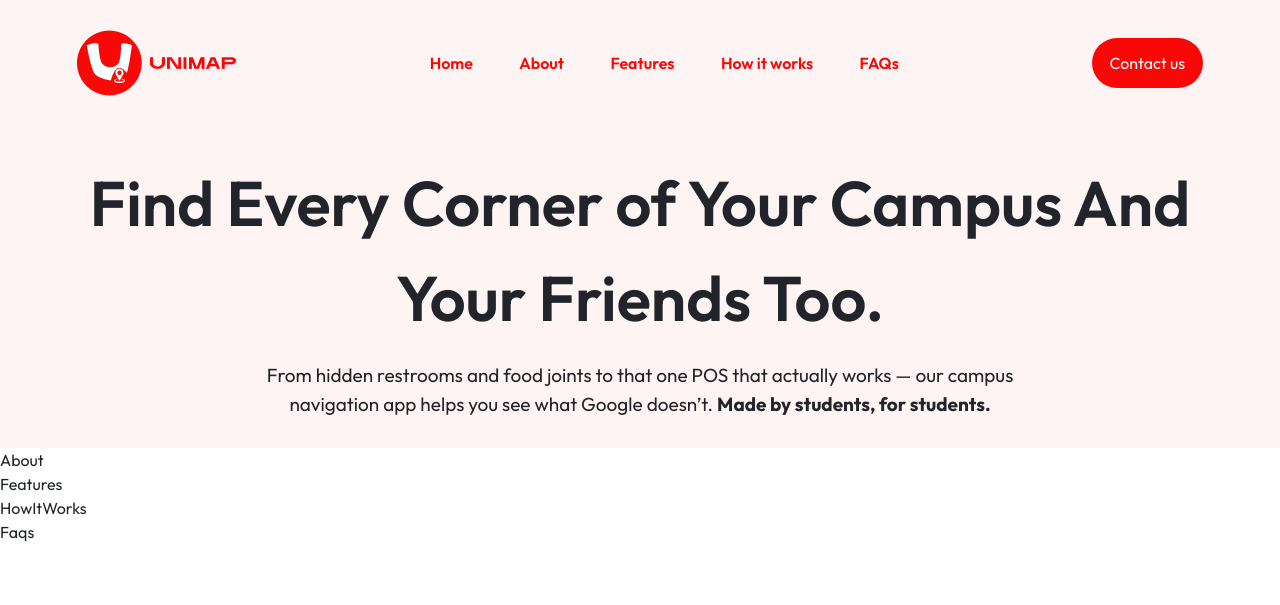
Repository: SahMenz/MUM-website
Page: /
An editor plug-in stored every save of this project. The page is shown before and after the next save, followed by the edit.
The browser window is 1280 px wide. The pictures show the whole page.
The project was rebuilt for these pictures with package versions that can differ from the ones it lists, and the page was loaded fresh each time. Also part of the build but not shown: vite.config.js.

Above is the page before, as saved 2025-08-28 01:39:14.

### index.html
<!DOCTYPE html>
<html lang="en">
  <head>
    <meta charset="UTF-8" />
    <link rel="icon" type="image/svg+xml" href="/vite.svg" />
    <link rel="preconnect" href="https://fonts.googleapis.com" />
    <link rel="preconnect" href="https://fonts.gstatic.com" crossorigin />
    <link
      href="https://fonts.googleapis.com/css2?family=Outfit:wght@100..900&display=swap"
      rel="stylesheet"
    />
    <link
      rel="stylesheet"
      href="https://cdn.jsdelivr.net/npm/bootstrap@5.3.5/dist/css/bootstrap.min.css"
      integrity="sha384-SgOJa3DmI69IUzQ2PVdRZhwQ+dy64/BUtbMJw1MZ8t5HZApcHrRKUc4W0kG879m7"
      crossorigin="anonymous"
    />
    <meta name="viewport" content="width=device-width, initial-scale=1.0" />
    <title>MUM</title>
  </head>
  <body>
    <div id="root"></div>
    <script type="module" src="/src/main.jsx"></script>
  </body>
</html>

### src/index.css
*,
*::after,
*::before {
  box-sizing: border-box;
  margin: 0px;
  padding: 0px;
  font-family: "Outfit", sans-serif;
}
button {
  border: none;
}

### src/App.jsx
import { HashRouter, Route, Routes } from "react-router-dom";
import "./App.css";
import ScrollToTop from "./components/scroll/ScrollToTop";
import Home from "./components/home/home";

function App() {
  return (
    <div>
      <HashRouter>
        <ScrollToTop />
        <Routes>
          <Route path="/" element={<Home />} />
        </Routes>
      </HashRouter>
    </div>
  );
}

export default App;

### src/App.css
/* BACKGROUND */
.bg-ff4 {
  background-color: #fff4f4;
}
.bg-ff {
  background-color: #ffffff;
}
.bg-00 {
  background-color: #000000;
}
.bg-fa {
  background-color: #fa0808;
}
.bg-e4 {
  background-color: #e4e4e4;
}
.bg-d3 {
  background-color: #d3d3d3;
}
.bg-ffd {
  background-color: #ffdede;
}
.bg-trans {
  background-color: transparent;
}

/* TEXT COLOR */
.txt-00 {
  color: #000000;
}
.txt-ff {
  color: #ffffff;
}
.txt-f8 {
  color: #f8edd9;
}
.txt-f5 {
  color: #f5ffff;
}
.txt-14 {
  color: #141416;
}
.txt-73 {
  color: #737373;
}

/* FONT WEIGHT */
.fw-100{
  font-weight:100;
}
.fw-200{
  font-weight:200;
}
.fw-300{
  font-weight:300 ;
}
.fw-400{
  font-weight: 400;
}
.fw-500{
  font: weight 500;
}
.fw-600{
  font-weight:600;
}
.fw-700{
  font-weight: 700;
}
.fw-800{
  font-weight: 800;
}
.fw-900{
  font-weight: 900;
}


/* FONT SIZE */
.fs-48 {
  font-size: 26px;
}
.fs-19 {
  font-size: 11px;
}
.fs-13 {
  font-size: 8px;
}
.fs-16 {
  font-size: 9px;
}
.fs-23 {
  font-size: 12px;
}
.fs-25 {
  font-size: 17px;
}
.fs-45 {
  font-size: 22px;
}
.fs-32 {
  font-size: 10px;
}
.fs-11 {
  font-size: 8px;
}
.fs-72 {
  font-size: 26px;
}
.fs-83{
  font-size: 28px;
}
.fs-56{
  font-size: 18px;
}
.fs-63{
  font-size: 22px;
}
@media (min-width: 768px) {
  .fs-48 {
    font-size: 48px;
  }
  .fs-19 {
    font-size: 19px;
  }
  .fs-13 {
    font-size: 13px;
  }
  .fs-16 {
    font-size: 16px;
  }
  .fs-23 {
    font-size: 23px;
  }
  .fs-25 {
    font-size: 25px;
  }
  .fs-43 {
    font-size: 43px;
  }
  .fs-32 {
    font-size: 32px;
  }
  .fs-11 {
    font-size: 11px;
  }
  .fs-72 {
    font-size: 72px;
  }
  .fs-63 {
    font-size: 63px;
  }
  .fs-83{
    font-size: 83px;
  }
  .fs-56{
    font-size: 56px;
  }
}



/* EXTRA */

.alignSelfCenter{
  align-self: center;
}
.alignSelfStart{
  align-self: start;
}
.alignSelfEnd{
  align-self: end;
}
.spacing-50 {
  padding: 30px 77px;
}
@media (max-width: 768px) {
  .spacing-50 {
    padding: 25px 20px;
  }
}

### src/components/scroll/ScrollToTop.jsx
import { useEffect } from "react";
import { useLocation } from "react-router-dom";


export default function ScrollToTop({ evtToChange }){

    const pathname = useLocation().pathname

    useEffect(() => {
        window.scrollTo(0, 0)
    }, [pathname, evtToChange])

    return <div />
}

### src/components/home/home.jsx
import { useRef } from "react";
import About from "../about/about";
import Hero from "../hero/hero";
import Features from "../features/features";
import HowItWorks from "../howItWorks/howItWorks";
import Faqs from "../faqs/faqs";
import Navigation from "../navigation/navigation";

function Home() {
  const refHome = useRef(null);
  const refAbout = useRef(null);
  const refFeatures = useRef(null);
  const refHowItWork = useRef(null);
  const refFaqs = useRef(null);

  const handleHomeClick = () => {
    if (refHome.current) {
      refHome.current.scrollIntoView();
    }
  };
  const handleAboutClick = () => {
    if (refAbout.current) {
      refAbout.current.scrollIntoView();
    }
  };
  const handleFeaturesClick = () => {
    if (refFeatures.current) {
      refFeatures.current.scrollIntoView();
    }
  };
  const handleHowItWorkClick = () => {
    if (refHowItWork.current) {
      refHowItWork.current.scrollIntoView();
    }
  };
  const handleFaqsClick = () => {
    if (refFaqs.current) {
      refFaqs.current.scrollIntoView();
    }
  };

  return (
    <div className="">
      <Navigation
        onHomeClick={handleHomeClick}
        onAboutClick={handleAboutClick}
        onFeaturesClick={handleFeaturesClick}
        onHowItWorkClick={handleHowItWorkClick}
        onFaqsClick={handleFaqsClick}
      />
      <div ref={refHome}>
        <Hero />
      </div>
      <div ref={refAbout}>
        <About />
      </div>
      <div ref={refFeatures}>
        <Features />
      </div>
      <div ref={refHowItWork}>
        <HowItWorks />
      </div>
      <div ref={refFaqs}>
        <Faqs />
      </div>
    </div>
  );
}

export default Home;

### src/components/hero/hero.jsx
import React from 'react'

function Hero() {
  return (
    <div className='bg-ff4 spacing-50 d-flex align-items-center flex-column justify-content-center text-center'>
      <div className='fs-63 fw-600'>Find Every Corner of Your Campus And Your Friends Too.</div>
      <div className='fw-400 fs-19 col-10 col-md-8 mt-3'>From hidden restrooms and food joints to that one POS that actually works — our campus navigation app helps you see what Google doesn’t. <b>Made by students, for students.</b></div>
      <div></div>
      <div></div>
    </div>
  )
}

export default Hero

### src/components/howItWorks/howItWorks.jsx
import React from 'react'

function HowItWorks() {
  return (
    <div>HowItWorks</div>
  )
}

export default HowItWorks

### src/components/faqs/faqs.jsx
import React from 'react'

function Faqs() {
  return (
    <div>Faqs</div>
  )
}

export default Faqs

### src/components/navigation/navigation.jsx
import { Link } from "react-router-dom";
import logoAndName from "../../assets/images/logoAndName.png";
import { useState } from "react";
import Offcanvas from "react-bootstrap/Offcanvas";
import { NavLink } from "react-router-dom";

function Navigation({
  onAboutClick,
  onFeaturesClick,
  onHowItWorkClick,
  onFaqsClick,
}) {
  const [show, setShow] = useState(false);

  const handleShow = () => setShow(true);
  const handleClose = () => setShow(false);

  const myWhatsAppNumber = "2349039341520";
  const preFilledMessage =
    "Hello! I'm interested in your services. Can we chat?";
  const cleanedPhoneNumber = myWhatsAppNumber.replace(/[^0-9]/g, "");
  const encodedMessage = encodeURIComponent(preFilledMessage);

  const whatsappLink = `https://wa.me/${cleanedPhoneNumber}?text=${encodedMessage}`;

  return (
    <div className="spacing-50 bg-ff4 d-flex align-items-center justify-content-between">
      <div className="d-flex justify-content-between align-items-center col-12">
        <img src={logoAndName} />
        <div className="d-flex align-items-center col-5 justify-content-between d-lg-flex d-none">
          <NavLink
            to="/"
            style={({ isActive }) => ({
              color: isActive ? "#FA0808" : "#737373",
            })}
            className="text-decoration-none txt-73 fw-600 fs-16"
          >
            Home
          </NavLink>
          <NavLink
            onClick={onAboutClick}
            style={({ isActive }) => ({
              color: isActive ? "#FA0808" : "#737373",
            })}
            className="text-decoration-none txt-73 fw-600 fs-16"
          >
            About
          </NavLink>
          <NavLink
            onClick={onFeaturesClick}
            style={({ isActive }) => ({
              color: isActive ? "#FA0808" : "#737373",
            })}
            className="text-decoration-none txt-73 fw-600 fs-16"
          >
            Features
          </NavLink>
          <NavLink
            onClick={onHowItWorkClick}
            style={({ isActive }) => ({
              color: isActive ? "#FA0808" : "#737373",
            })}
            className="text-decoration-none txt-73 fw-600 fs-16"
          >
            How it works
          </NavLink>
          <NavLink
            onClick={onFaqsClick}
            style={({ isActive }) => ({
              color: isActive ? "#FA0808" : "#737373",
            })}
            className="text-decoration-none txt-73 fw-600 fs-16"
          >
            FAQs
          </NavLink>
        </div>
        <a
          style={{ textDecoration: "none" }}
          href={whatsappLink}
          target="_blank"
          rel="noopener noreferrer"
        >
          <button
            className="d-flex align-items-center d-none d-lg-block"
            style={{
              backgroundColor: "#FA0808",
              borderRadius: "40px",
              padding: "13px 18px",
              color: "white",
            }}
          >
            <p className="mb-0 fw-500">Contact us</p>
          </button>
        </a>
      </div>
      {/* </div> */}
      <div
        onClick={handleShow}
        className=" d-lg-none"
        style={{
          cursor: "pointer",
          width: "40px",
          height: "40px",
          display: "flex",
          flexDirection: "column",
          alignItems: "center",
          justifyContent: "center",
          gap: "5px",
        }}
      >
        <div
          style={{ width: "30px", height: "3px", backgroundColor: "black" }}
        ></div>
        <div
          style={{ width: "30px", height: "3px", backgroundColor: "black" }}
        ></div>
        <div
          style={{ width: "30px", height: "3px", backgroundColor: "black" }}
        ></div>
      </div>
      <Offcanvas
        show={show}
        onHide={handleClose}
        placement="end"
        className=""
        style={{ backgroundColor: "#737373" }}
      >
        <Offcanvas.Header closeButton></Offcanvas.Header>
        <Offcanvas.Body>
          <div
            style={{ borderRadius: "20px" }}
            className="bg-ff pt-4 d-flex flex-column d-lg-flex justify-content-center align-items-center"
          >
            <div
              className="d-flex flex-column mb-5 justify-content-between align-items-center"
              style={{ height: "250px" }}
            >
              <NavLink
                to="/"
                style={({ isActive }) => ({
                  color: isActive ? "#FA0808" : "#737373",
                })}
                className="hovering txt-16 lh-19 fw-600 mb-3 text-decoration-none txt-f3"
                end
              >
                Home
              </NavLink>
              <NavLink
                onClick={onAboutClick}
                style={({ isActive }) => ({
                  color: isActive ? "#FA0808" : "#737373",
                })}
                className="hovering txt-16 lh-19 fw-600 mb-3 text-decoration-none txt-f3"
                end
              >
                About
              </NavLink>
              <NavLink
                onClick={onFeaturesClick}
                style={({ isActive }) => ({
                  color: isActive ? "#FA0808" : "#737373",
                })}
                className="hovering txt-16 lh-19 fw-600 mb-3 text-decoration-none txt-f3"
                end
              >
                Features
              </NavLink>
              <NavLink
                onClick={onHowItWorkClick}
                style={({ isActive }) => ({
                  color: isActive ? "#FA0808" : "#737373",
                })}
                className="hovering txt-16 lh-19 fw-600 mb-3 text-decoration-none txt-f3"
                end
              >
                How it works
              </NavLink>

              <NavLink
                onClick={onFaqsClick}
                style={({ isActive }) => ({
                  color: isActive ? "#FA0808" : "#737373",
                })}
                className="hovering txt-16 lh-19 fw-600 mb-3 text-decoration-none txt-f3"
                end
              >
                FAQs
              </NavLink>
              <a
                style={{ textDecoration: "none" }}
                href={whatsappLink}
                target="_blank"
                rel="noopener noreferrer"
              >
                <button
                  className="d-flex align-items-center"
                  style={{
                    backgroundColor: "#FA0808",
                    borderRadius: "40px",
                    padding: "13px 18px",
                    color: "white",
                  }}
                >
                  <p className="mb-0 fw-500">Contact us</p>
                </button>
              </a>
            </div>
          </div>
        </Offcanvas.Body>
      </Offcanvas>
    </div>
  );
}

export default Navigation;

Loaded but not shown: src/main.jsx (common file); src/components/about/about.jsx (common file); src/components/features/features.jsx (common file)

After the next save:
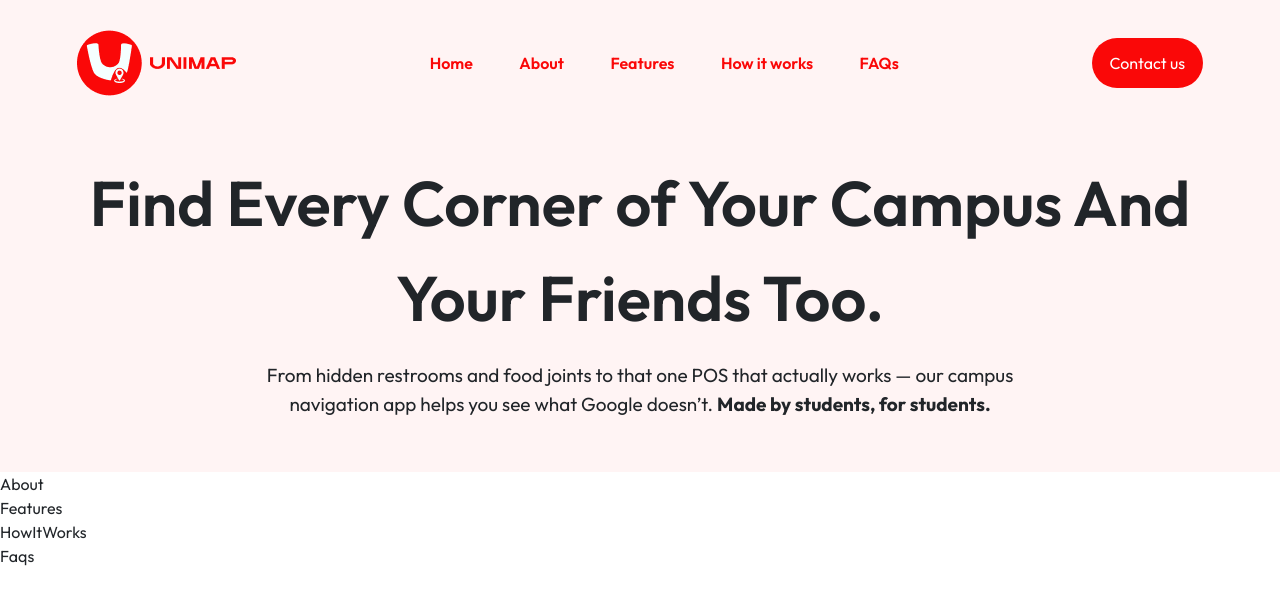
Saved 38 h 34 min later.
--- a/src/components/hero/hero.jsx
+++ b/src/components/hero/hero.jsx
@@ -5,7 +5,12 @@
     <div className='bg-ff4 spacing-50 d-flex align-items-center flex-column justify-content-center text-center'>
       <div className='fs-63 fw-600'>Find Every Corner of Your Campus And Your Friends Too.</div>
       <div className='fw-400 fs-19 col-10 col-md-8 mt-3'>From hidden restrooms and food joints to that one POS that actually works — our campus navigation app helps you see what Google doesn’t. <b>Made by students, for students.</b></div>
-      <div></div>
+      <div>
+        <button>
+          <img />
+          <div></div>
+        </button>
+      </div>
       <div></div>
     </div>
   )
